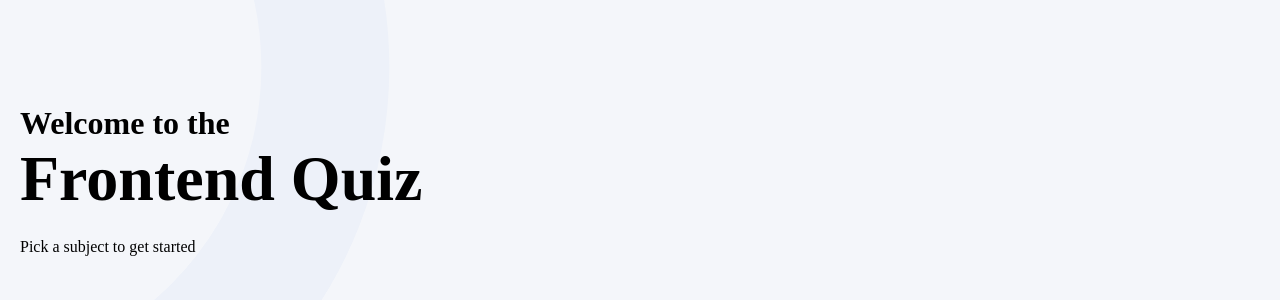
Repository: Daniel054311/Quiz-app-V1
Page: index.html
An editor plug-in stored every save of this project. The page is shown before and after a run of saves, followed by the edit.
The browser window is 1280 px wide. The pictures show the whole page.

Above is the page before, as saved 2024-02-01 09:11:08.

### index.html
<!DOCTYPE html>
<html lang="en">

<head>
    <meta charset="UTF-8">
    <meta name="viewport" content="width=device-width, initial-scale=1.0">
    <title>Quiz-App</title>
    <link rel="stylesheet" type="text/css" href="/asset/style/index.css">
</head>

<body class="light-mode">
    <div class="parent-container">
        <div class="left-container">
            <h1><span class="Welcome">Welcome to the </span><br><span class="Quiz">Frontend Quiz</h1></span>

            </h1>

            <p>Pick a subject to get started</p>

        </div>
        <div class="right-container">


            <div class="navigation" id="navigation"></div>
        </div>
    </div>
    <script type="module" src="./asset/script/index.js"></script>

</body>

</html>

### asset/style/index.css

body {
    margin: 0 !important;
    display: flex;
    align-items: center;
    justify-content: center;
    height: 100% !important;
    font-family: Rubik;

  }

  .parent-container {
    box-sizing:border-box;
    margin:0 !important;
    height:100vh !important;
    width: 100% !important;
    display: flex;
    flex-direction:row;
    background-image:url("/images/pattern-background-desktop-light.svg");
    background-size:cover;
    background-color:#f4f6fA;

  }

  .left-container {
    flex: 1;
    padding: 20px;
    text-align:left;
    margin-top: 5%;/* Add a border between left and right containers */
  }

  .right-container {
    flex: 1;
    padding: 20px;
    text-align:right;
    display:flex;
    flex-direction:column;
    margin-top: 5%;
  }
  body.light-mode{
    background-color:#f4f6fA;

  }
  /* .navigation ul {
    list-style: none;
    padding: 0;
    display: flex;
    flex-direction: column;
  } */

  /* .navigation li {
    margin-right: 20px;
    margin-bottom: 10px;
    text-align: center; */


     /* Add space between buttons */


  .navigation a {
    /* display: block; */
    padding: 20px;
    /* text-decoration: none; */
    color: #313E51;
    background-color: #ffffff;
    /* border: 2px solid #ffffff; */
    border-radius: 24px;
    margin-right: 10px;
    gap: 32px;
    font-size: 28px;

  }

.list-item {
    display: flex;
    align-items: center;
    margin-bottom: 10px; /* Add spacing between items */
    padding: 10px;
    background-color:#ffffff;
    border-radius: 25px;
    list-style: none;
    gap:30px;
    cursor: pointer;
  }

  /* .image {
    width: 50px;
    height: 50px;
    border-radius:15px;
    margin-right: 10px;
      */
  /* }

  .content {
    flex: 1; */ */

  .left-container .Welcome{
    font-size: 64px;
    color:#313E51;
    font-style: normal;
  }
  .left-container .Quiz{
    font-size: 64px;
    font-style: bold;
  }
  .left-container .p{
    color: #626C7F;
    font-size: 20px;
  }

  .image{
    border-radius:7px;
  }

  /* .header.h1 {
    text-align: center;
    font-weight: 500;
    font-size:25px;

  }
   */
  /* .user-controls {
    /* Add styles for user controls if needed */
  /* }

  .navigation {
    text-align: center;
  }

  .navigation ul {
    list-style: none;
    padding: 0;
    flex-direction: column;
    align-items:center
  }

  .navigation li {
    margin-bottom: 10px;
  }
   */



  /* .navigation a:hover {
    background-color: #ddd;
  } */

### asset/script/index.js
var __awaiter = (this && this.__awaiter) || function (thisArg, _arguments, P, generator) {
    function adopt(value) { return value instanceof P ? value : new P(function (resolve) { resolve(value); }); }
    return new (P || (P = Promise))(function (resolve, reject) {
        function fulfilled(value) { try { step(generator.next(value)); } catch (e) { reject(e); } }
        function rejected(value) { try { step(generator["throw"](value)); } catch (e) { reject(e); } }
        function step(result) { result.done ? resolve(result.value) : adopt(result.value).then(fulfilled, rejected); }
        step((generator = generator.apply(thisArg, _arguments || [])).next());
    });
};
var __generator = (this && this.__generator) || function (thisArg, body) {
    var _ = { label: 0, sent: function() { if (t[0] & 1) throw t[1]; return t[1]; }, trys: [], ops: [] }, f, y, t, g;
    return g = { next: verb(0), "throw": verb(1), "return": verb(2) }, typeof Symbol === "function" && (g[Symbol.iterator] = function() { return this; }), g;
    function verb(n) { return function (v) { return step([n, v]); }; }
    function step(op) {
        if (f) throw new TypeError("Generator is already executing.");
        while (g && (g = 0, op[0] && (_ = 0)), _) try {
            if (f = 1, y && (t = op[0] & 2 ? y["return"] : op[0] ? y["throw"] || ((t = y["return"]) && t.call(y), 0) : y.next) && !(t = t.call(y, op[1])).done) return t;
            if (y = 0, t) op = [op[0] & 2, t.value];
            switch (op[0]) {
                case 0: case 1: t = op; break;
                case 4: _.label++; return { value: op[1], done: false };
                case 5: _.label++; y = op[1]; op = [0]; continue;
                case 7: op = _.ops.pop(); _.trys.pop(); continue;
                default:
                    if (!(t = _.trys, t = t.length > 0 && t[t.length - 1]) && (op[0] === 6 || op[0] === 2)) { _ = 0; continue; }
                    if (op[0] === 3 && (!t || (op[1] > t[0] && op[1] < t[3]))) { _.label = op[1]; break; }
                    if (op[0] === 6 && _.label < t[1]) { _.label = t[1]; t = op; break; }
                    if (t && _.label < t[2]) { _.label = t[2]; _.ops.push(op); break; }
                    if (t[2]) _.ops.pop();
                    _.trys.pop(); continue;
            }
            op = body.call(thisArg, _);
        } catch (e) { op = [6, e]; y = 0; } finally { f = t = 0; }
        if (op[0] & 5) throw op[1]; return { value: op[0] ? op[1] : void 0, done: true };
    }
};
// Function to make a Fetch API call for Interface 1
function fetchData() {
    return __awaiter(this, void 0, void 0, function () {
        var response, data, error_1;
        return __generator(this, function (_a) {
            switch (_a.label) {
                case 0:
                    _a.trys.push([0, 3, , 4]);
                    return [4 /*yield*/, fetch('./data.json')];
                case 1:
                    response = _a.sent();
                    if (!response.ok) {
                        throw new Error("HTTP error! Status: ".concat(response.status));
                    }
                    return [4 /*yield*/, response.json()];
                case 2:
                    data = _a.sent();
                    return [2 /*return*/, data];
                case 3:
                    error_1 = _a.sent();
                    console.error('Error fetching data1:', error_1.message);
                    throw error_1;
                case 4: return [2 /*return*/];
            }
        });
    });
}

After the next 4 saves:
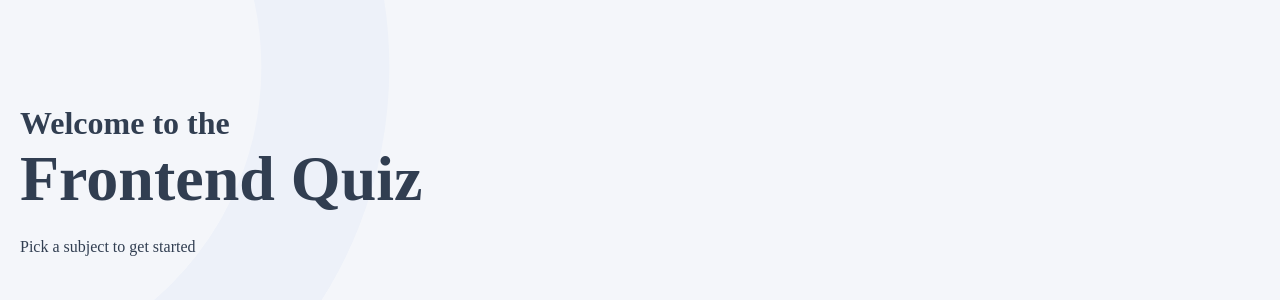
The 4 saves are shown as one change because they came seconds apart.
The last was saved 32 s later.
--- a/asset/style/index.css
+++ b/asset/style/index.css
@@ -39,7 +39,7 @@ body {
   }
   body.light-mode{
     background-color:#f4f6fA;
-
+    color:#313E51;
   }
   /* .navigation ul {
     list-style: none;
